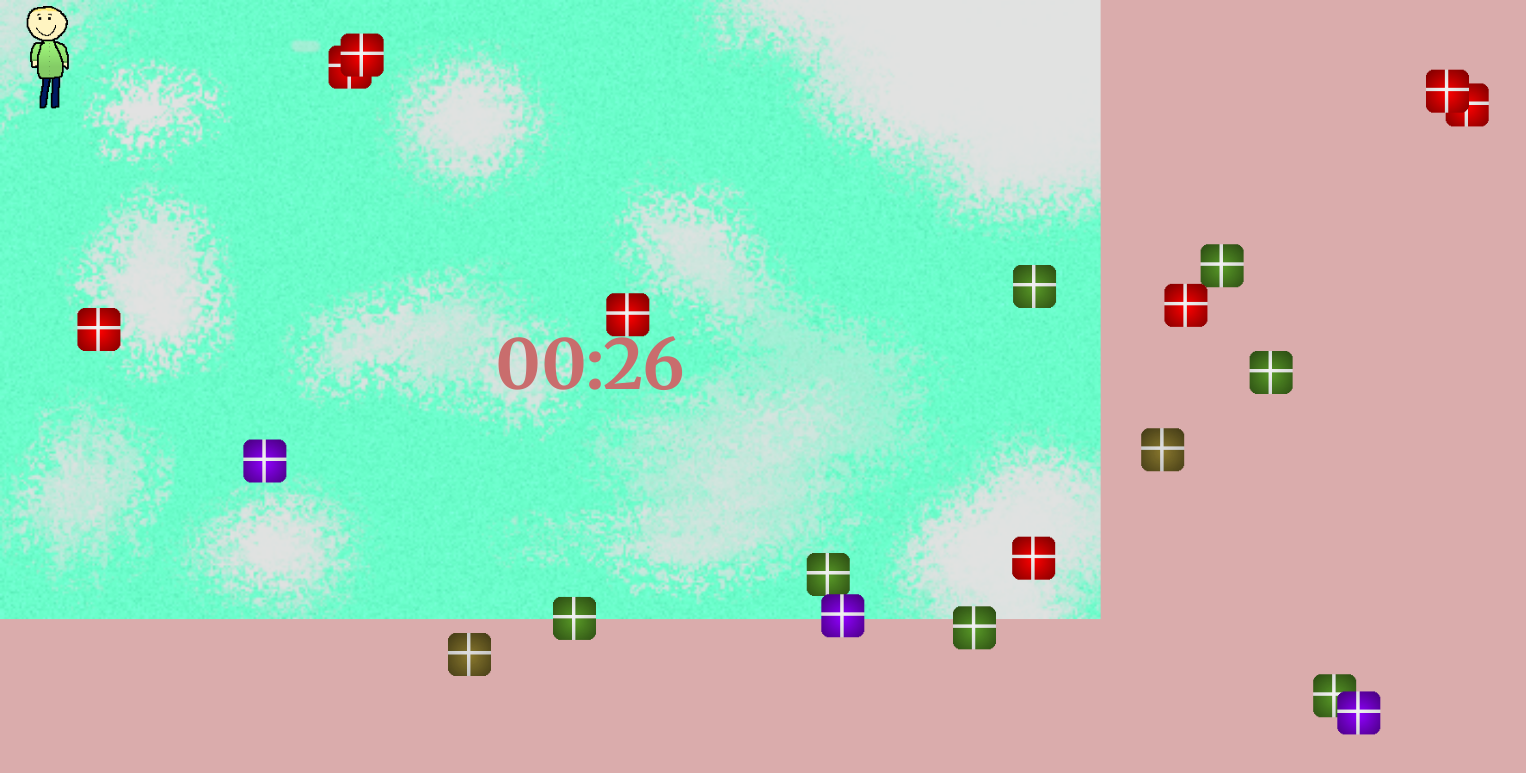
Repository: Evanechecssss/LoveTest
Page: game/level1.html
An editor plug-in stored every save of this project. The page is shown before and after the next save, followed by the edit.
The browser window is 1280 px wide. The page is 1774 px wide, so the pictures cover 1774 px, including what lies to the right of the window. The pictures show the whole page, at 86% of full size.

Above is the page before, as saved 2021-12-30 15:56:38.

### game/level1.html
<!DOCTYPE html>
<html lang="ru" dir="auto" prefix="og: http://ogp.me/ns#">

<head>
    <meta charset="utf-8">
    <script src="https://unpkg.com/konva@8.3.1/konva.min.js"></script>
    <script src="https://unpkg.com/gifler@0.1.0/gifler.min.js"></script>
    <title>Oshi game</title>
    <link rel="preconnect" href="https://fonts.googleapis.com">
    <link rel="preconnect" href="https://fonts.gstatic.com" crossorigin>
    <link
        href="https://fonts.googleapis.com/css2?family=Merriweather:ital,wght@0,300;0,400;0,700;0,900;1,300;1,400;1,700;1,900&display=swap"
        rel="stylesheet">
    <meta property="og:title" content="Окно игры" />
    <meta property="og:type" content="article" />
    <meta property="og:url" content="https://evanechecssss.github.io/LoveTest/game/level1.html" />
    <meta property="og:image" content="https://evanechecssss.github.io/assets/images/banner_logo.png" />
    <meta property="og:site_name" content="Oshi game" />
    <link rel="icon" href="./../assets/images/icon.png" type="image/png">
    <link rel="stylesheet" href="./../assets/css/game.css">
    <meta name="viewport" content="width=device-width, initial-scale=1.0">
    <meta http-equiv="X-UA-Compatible" content="ie=edge">

    <script>
        window.onload = function () {
            document.body.style.display = 'block';
        }
    </script>
</head>


<body>

    <h1 id="timer" class="timer">GO!</h1>

    <div class="canva" id="hero">

    </div>
    <div class="canva" id="presents">

    </div>
    <canvas class="canva" id="game" width="1920" height="1080"></canvas>

    <script type="application/javascript">
        /* Logic */
        var canvas = document.getElementById('game');

        var yPos = 5;
        var xPos = 10;
        var skins = ['./../assets/images/hero/hero.gif', './../assets/images/hero/hero_b.gif', './../assets/images/hero/hero_r.gif', './../assets/images/hero/hero_l.gif']
        var skins_static = ['./../assets/images/hero/hero.png', './../assets/images/hero/hero_b.png', './../assets/images/hero/hero_r.png', './../assets/images/hero/hero_l.png']
        var skin_presents = ['./../assets/images/presents/p1.png', './../assets/images/presents/p2.png', './../assets/images/presents/p3.png', './../assets/images/presents/p4.png']
        var presents = [];
        var d = -1;
        var goal = 20;
        var herodiv = document.getElementById("hero");
        herodiv.style.position = "absolute";
        herodiv.style.left = "0px";
        herodiv.style.top = "0px";
        herodiv.style.width = "100px";
        herodiv.style.height = "100px";
        herodiv.style.color = "blue";
        herodiv.style.zIndex = 3;


        var arrayDivs = []




        var presentOffsetX = 1800;
        var presentOffsetY = 800;


        function getHero() {
            return document.getElementById("hero_img");

        }
        function randomFromInterval(max, min) {
            return Math.floor(Math.random() * max) + min
        }
        /* HANDLERS */
        document.addEventListener('keyup', function (event) {
            if (event.code == 'KeyW' && d != -1) {
                getHero().src = skins_static[d];
                d = -1;
            }
            if (event.code == 'KeyS' && d != -1) {
                getHero().src = skins_static[d];
                d = -1;

            }
            if (event.code == 'KeyA' && d != -1) {
                getHero().src = skins_static[d];
                d = -1;

            }
            if (event.code == 'KeyD' && d != -1) {
                getHero().src = skins_static[d];
                d = -1;

            }
        })
        window.onload = function () {
            timer();
            draw()
        };
        document.addEventListener('keydown', function (event) {

            if (event.code == 'KeyS') {

                moveDown();
            }
            else if (event.code == 'KeyW') {

                moveUp();
            }
            else if (event.code == 'KeyA') {
                moveLeft();
            }
            else if (event.code == 'KeyD') {
                moveRight();
            } else {

            }
        });
        function timer() {
            var sec = 30;
            var timer = setInterval(function () {
                document.getElementById('timer').innerHTML = '00:' + sec;
                sec--;
                if (sec < 0) {
                    clearInterval(timer);
                    setLose()
                }
            }, 1000);
        }
        function setWin() {
            document.location.href = "./win.html"
        }
        function setLose() {
            document.location.reload();
        }
        /*CONTROL*/
        function checkCollision() {

            for (var i in arrayDivs) {
                var left = Number(arrayDivs[i].style.left.replace("px", ""))
                var top = Number(arrayDivs[i].style.top.replace("px", ""))

                if (left - xPos > -19 && left - xPos < 81
                    && top - yPos > 7 && top - yPos < 67
                ) {
                    presents.removeChild(arrayDivs[i])
                    removeItemOnce(arrayDivs, arrayDivs[i])
                    score++;
                    if (score >= goal) {
                        setWin()
                    }
                    break;

                }
            }
        }
        function removeItemOnce(arr, value) {
            var index = arr.indexOf(value);
            if (index > -1) {
                arr.splice(index, 1);
            }
            return arr;
        }
        function moveUp() {
            checkCollision()
            if (yPos < 0) {
                return;
            }
            if (d != 1) {
                d = 1;

                getHero().src = skins[d];


            }
            yPos -= 10;
            herodiv.style.top = yPos + "px";
        }
        function moveDown() {
            checkCollision()

            if (yPos > 800) {
                return;
            }
            if (d != 0) {
                d = 0;
                getHero().src = skins[d];

            }
            yPos += 10;
            herodiv.style.top = yPos + "px";
        }
        function moveRight() {
            checkCollision()

            if (xPos > 1800) {
                return;
            }
            if (d != 2) {
                d = 2;
                getHero().src = skins[d];
            }
            xPos += 10;
            herodiv.style.left = xPos + "px";
        }
        function moveLeft() {
            checkCollision()


            if (xPos < 0) {
                return;
            }
            if (d != 3) {
                d = 3;
                getHero().src = skins[d];

            }
            xPos -= 10;
            herodiv.style.left = xPos + "px";
        }


        /* SPAWNER*/


        var score = 0;


        /* RENDER */

        function draw() {


            var canvas = document.getElementById('game');

            if (canvas.getContext) {
                var ctx = canvas.getContext('2d');
                var bg = new Image();


                bg.addEventListener('load', function () {
                    ctx.drawImage(bg, 0, 0, canvas.width, canvas.height);

                }, false);
                bg.src = './../assets/images/bg.png';

                requestAnimationFrame(draw);

            }

        }


        var presents = document.getElementById("presents");

        function createPresent(n) {
            var prdiv = document.createElement("div")
            prdiv.id = 'prdiv' + n
            prdiv.style.position = "absolute";
            prdiv.style.left = randomFromInterval(1800, 0) + "px";
            prdiv.style.top = randomFromInterval(800, 0) + "px";
            prdiv.style.width = "100px";
            prdiv.style.height = "100px";
            prdiv.style.color = "blue";
            prdiv.style.zIndex = 1;
            presents.appendChild(prdiv);
            var present = new Image();
            present.src = skin_presents[randomFromInterval(skin_presents.length, 0)];
            present.id = "prdiv_img"
            present.crossOrigin = "";
            function loadPresent() {
                document.getElementById("prdiv" + n).appendChild(present);


            }
            present.onload = loadPresent;

            return document.getElementById("prdiv" + n);
        }
        for (var i = 0; i < goal; i++) {
            arrayDivs.push(createPresent(i));
        }


        var hero = new Image();
        hero.src = skins_static[0];
        hero.id = "hero_img"
        hero.crossOrigin = "";
        function loaded() {
            document.getElementById("hero").appendChild(hero);
        }

        hero.onload = loaded;




    </script>
</body>

</html>

### assets/css/game.css
/* BASE */
body {
    width: 100%;
    height: 100%;
    margin: 0;
    font-family: 'Merriweather', serif;
    background: rgb(218, 172, 172);
    font-size: 14pt;
    line-height: 1.6;
    display: flex;
    flex-direction: column;
    justify-content: center;
    overflow: hidden;
}

.main {
    width: 100%;
    height: 100vh;
}

a {
    text-decoration: none;
    color: #D9CFCD;
}

ul {
    list-style: none;
}

*, *:before, *:after {
    box-sizing: border-box;
}

h1, h2, h3, h4, h5, h6 {
    margin: 0;
}

*::selection {
    color: #c96d6d;
}

.main {
    color: #c45656;
}


/* GAME */

.bg {
    position: relative;

    min-width: 100;
    min-height: 100;
    width: 100vh;
    height: 100vw;
}

.canva {
    position: relative;
    height: 100%;
    width: 100%;

}

.timer {

    position: absolute;
    z-index: 200;
    left: 45vw;

    color: #c96d6d;
    font-size: 60pt;
    width: 0px;
    height: 0px;
}

After the next save:
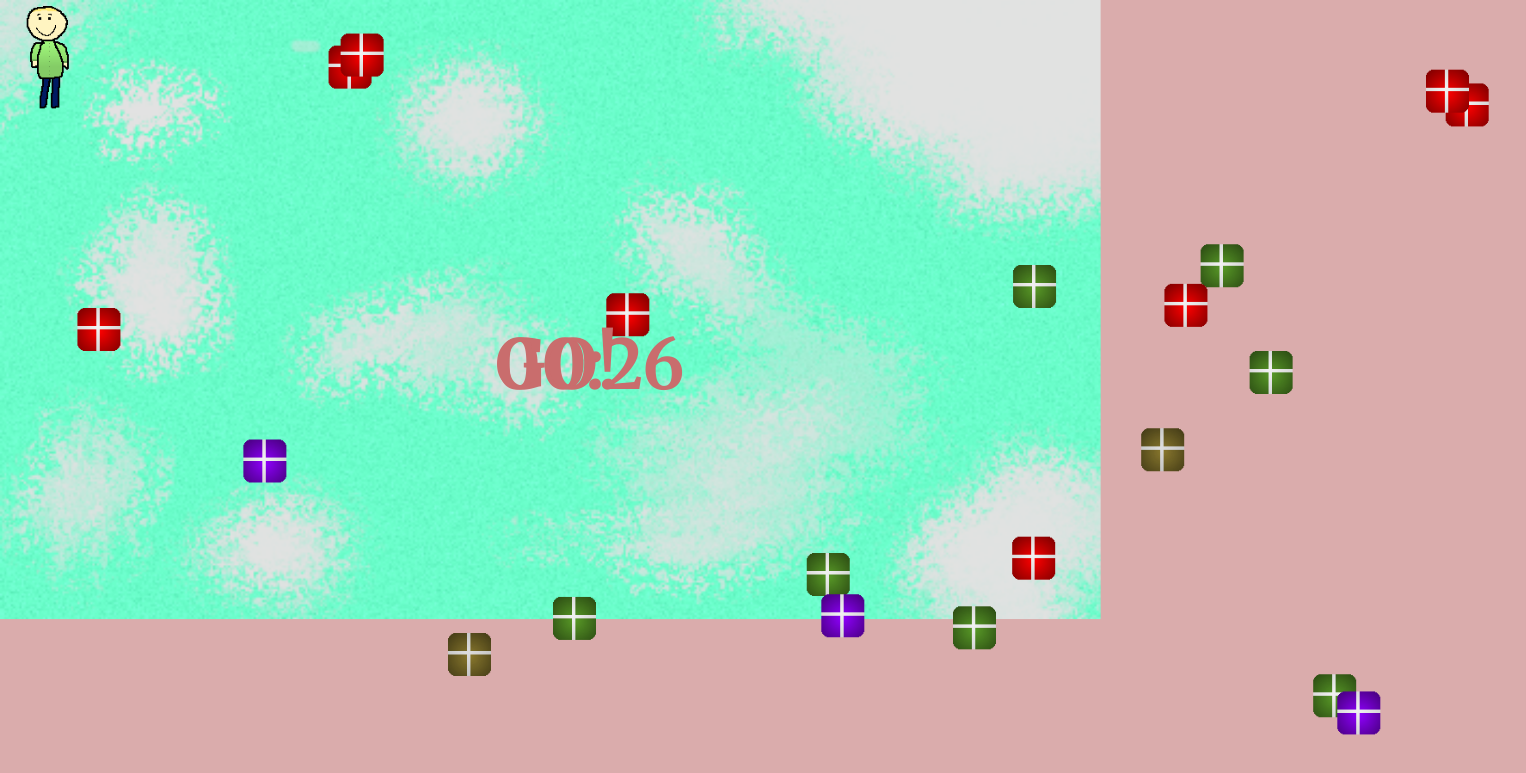
Saved 8 s later.
--- a/game/level1.html
+++ b/game/level1.html
@@ -32,7 +32,7 @@
 <body>
 
     <h1 id="timer" class="timer">GO!</h1>
-
+    <h1 id="goal" class="timer">GO!</h1>
     <div class="canva" id="hero">
 
     </div>
